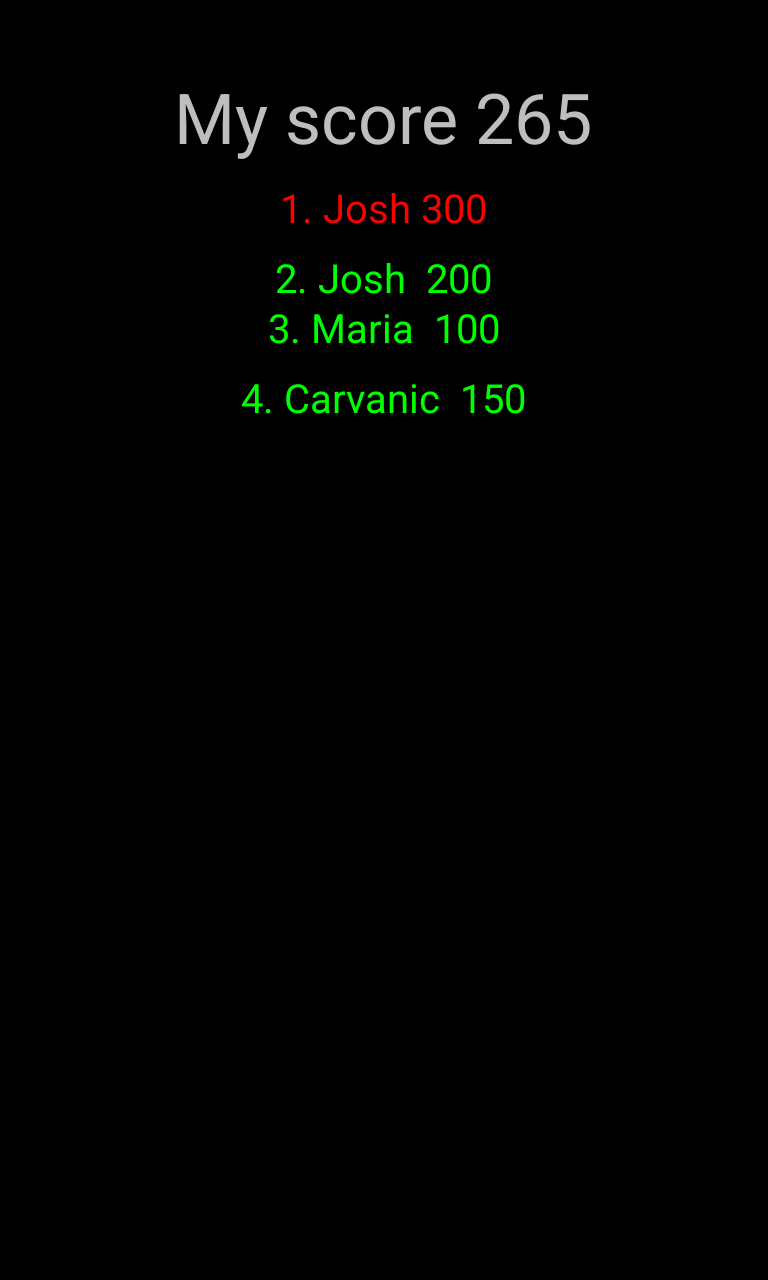
Repository: jSwati98/Android-Projects
Layout: TimeManagementBuddy/res/layout/challengeme.xml
These files come from the project's save history. The layout is drawn as it stood at one moment and after the next save; the edit follows.
It is drawn on a 768 x 1280 px phone screen (xhdpi) without system bars, with theme android:Theme; the app's code is not run.

Above is the layout before, as saved 2015-01-01 21:33:20.

After the next save:
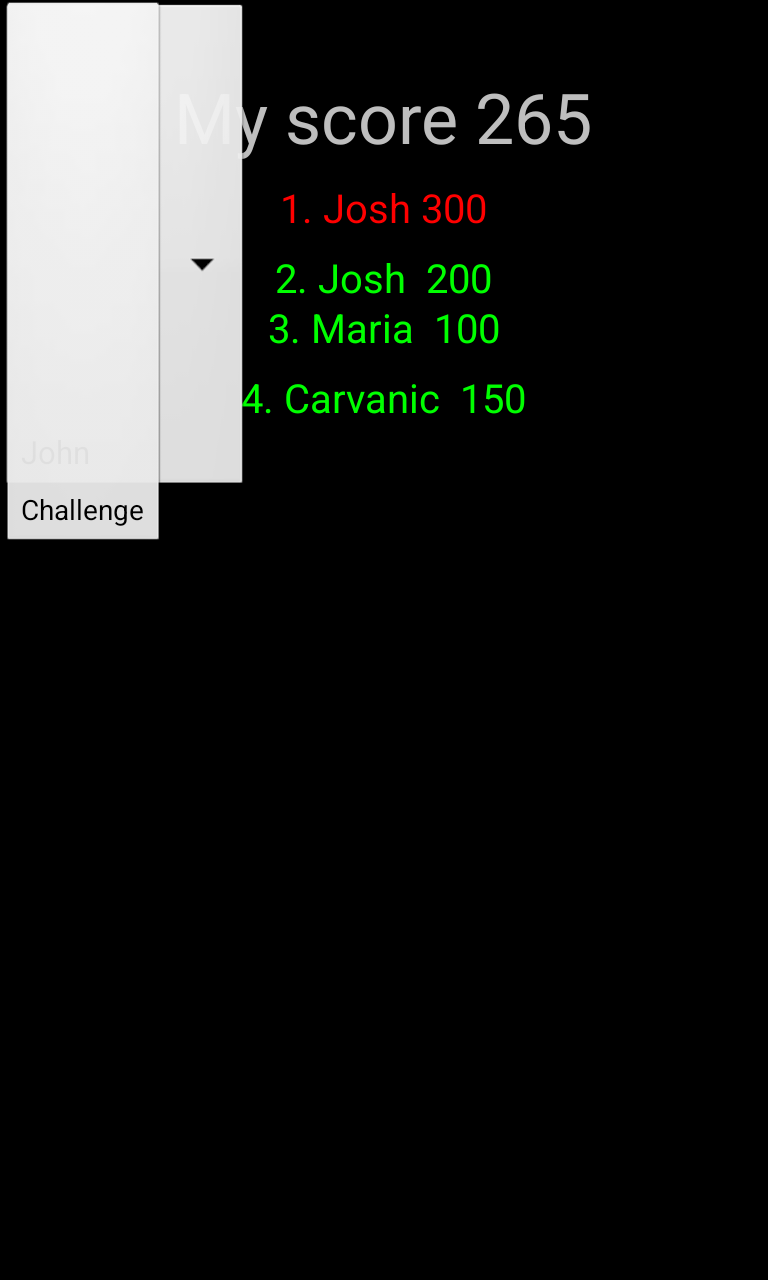
Saved 77 s later.
--- a/TimeManagementBuddy/res/layout/challengeme.xml
+++ b/TimeManagementBuddy/res/layout/challengeme.xml
@@ -76,11 +76,15 @@
     <Spinner
             android:id="@+id/prioritySpinner"
             android:paddingTop="215dp"
+            android:layout_width="wrap_content"
+        android:layout_height="wrap_content"
             android:entries="@array/challenge_arrays"
             android:prompt="@string/challenge_prompt" />
 
      <Button
             android:id="@+id/confirm"
+            android:layout_width="wrap_content"
+        android:layout_height="wrap_content"
             android:paddingTop="245dp"
             android:text="Challenge" />
 
